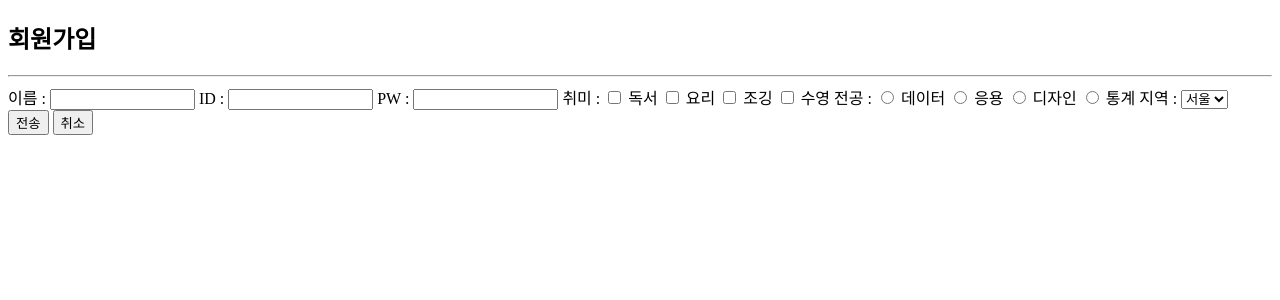
Repository: xxihyun0830/JSP
Page: http://localhost/Day3_getpost/join.jsp
The author's editor kept a copy of each file at every save. The page is drawn from the files as they stood at one save, then again after the next save.
The browser window is 1280 px wide. The pictures show the whole page.
The page is served by Tomcat 9.

Above is the page before, as saved 2019-07-11 05:05:23.

After the next save:
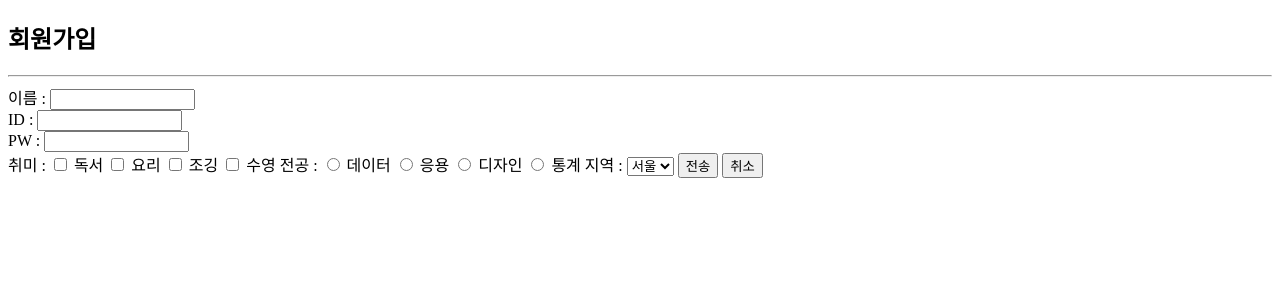
Saved 2 min 6 s later.
--- a/Day3_getpost/WebContent/join.jsp
+++ b/Day3_getpost/WebContent/join.jsp
@@ -10,9 +10,9 @@
 <h2>회원가입</h2> <hr>
 
 <form action = "JoinOk" method = "get">
-이름 : <input type = "text" name = "name" size= 15 >
-ID : <input type = "text" name = "id" size= 15>
-PW : <input type = "password" name = "pw" size = 15>
+이름 : <input type = "text" name = "name" size= 15 > <br>
+ID : <input type = "text" name = "id" size= 15> <br>
+PW : <input type = "password" name = "pw" size = 15> <br>
 취미 : <input type = "checkbox" name = "hobby" value = "reading"> 독서
       <input type = "checkbox" name = "hobby" value = "cooking"> 요리
       <input type = "checkbox" name = "hobby" value = "jogging"> 조깅
